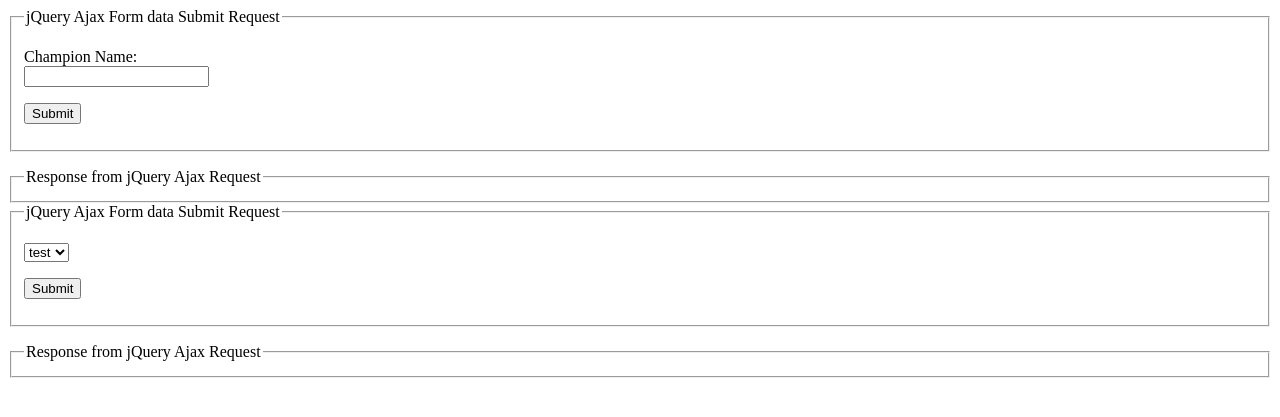
Repository: spencer-carver/lol-db
Page: LOLdb/war/index.html
An editor plug-in stored every save of this project. The page is shown before and after the next save, followed by the edit.
The browser window is 1280 px wide. The pictures show the whole page.
The page's requests for data from a server got no answer. Some web libraries are served in a nearby version.

Above is the page before, as saved 2013-01-31 09:30:20.

After the next save:
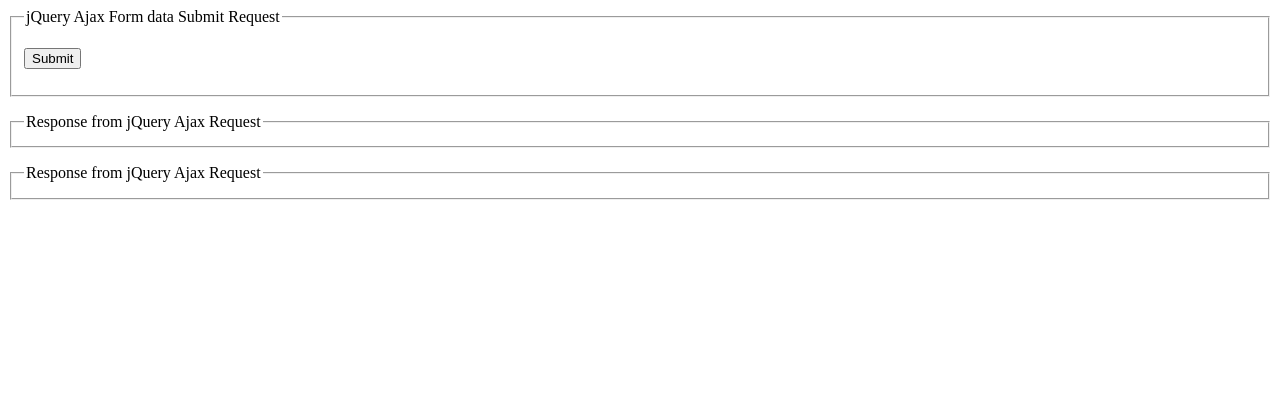
Saved 2 min 2 s later.
--- a/LOLdb/war/index.html
+++ b/LOLdb/war/index.html
@@ -16,8 +16,7 @@
             <legend>jQuery Ajax Form data Submit Request</legend>
 
                 <p>
-                    <label for="championName">Champion Name:</label><br />
-                    <input id="championName" type="text" name="championName" />
+                    <div id="championDropdown"></div>
                 </p>
                 <p>
                     <input id="myButton" type="button" value="Submit" />
@@ -31,18 +30,7 @@
         </fieldset>
     </div>
 
-     <form id="myAjaxRequestForm2">
-        <fieldset>
-            <legend>jQuery Ajax Form data Submit Request</legend>
-
-                <p>
-                	<div id="championDropdown"></div>
-                	<select name="mySelect"><option>test</option><option>bag</option></select>
-                </p>
-                <p>
-                    <input id="myButton2" type="button" value="Submit" />
-                </p>
-        </fieldset>
+     <form id="get_champion_dropdown">
     </form>
     <div id="anotherSection2">
         <fieldset>
